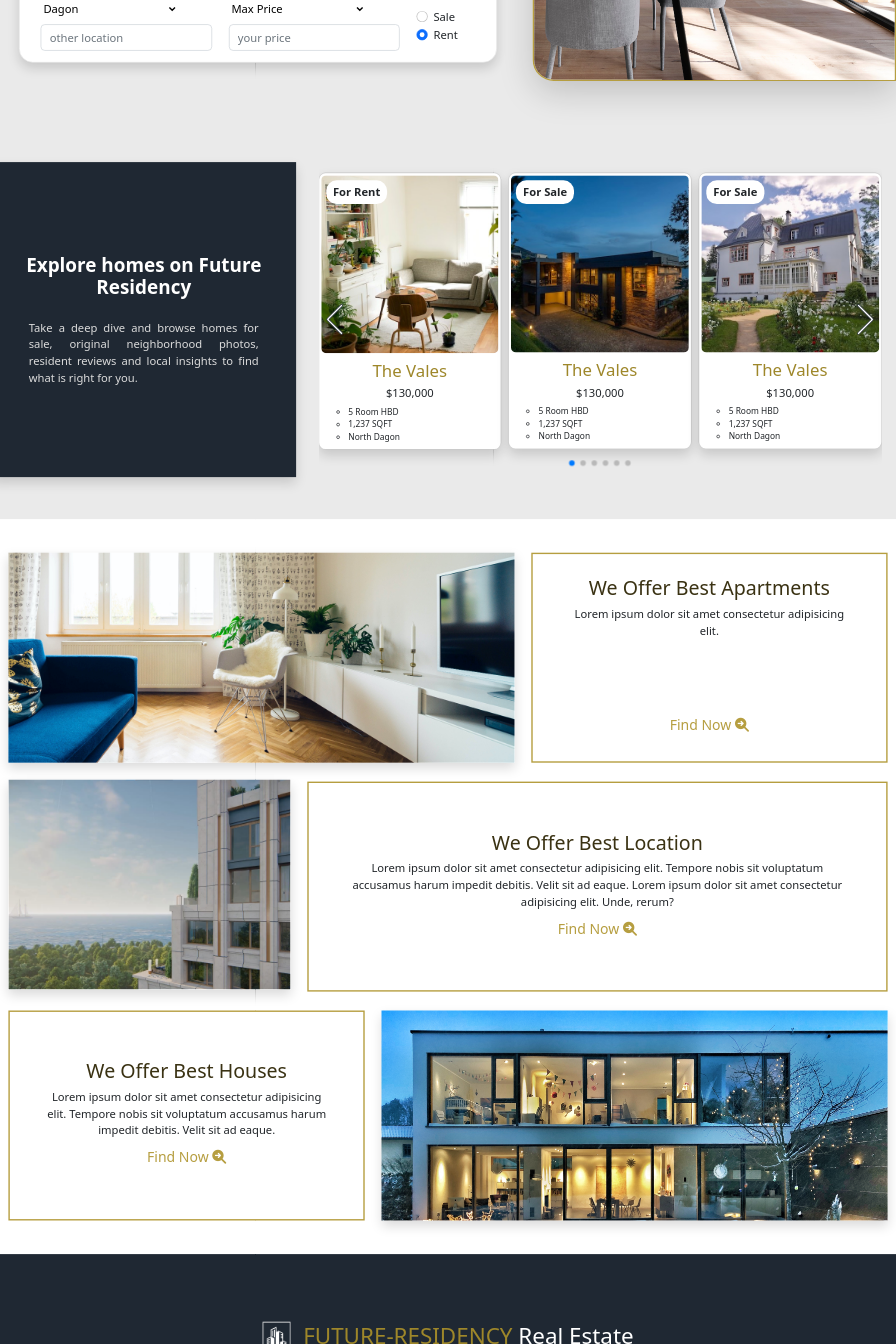
Repository: pyaestk/Future-residency
Page: index.html
These files come from the project's save history. The page is drawn as it stood at one moment and after the next save; the edit follows.
The browser window is 1280 px wide. The pictures show the part of the page from y = 531 to 2451 px (the page is 2765 px tall), at 70% of full size.
Pictures or frames that could not be fetched are drawn as grey boxes.

Above is the page before, as saved 2022-12-06 21:42:51.

### index.html
<!doctype html>
<html lang="en">

<head>
  <meta charset="utf-8">
  <meta name="viewport" content="width=device-width, initial-scale=1, minimum-scale=1, maximum-scale=1 ">
  <title>FUTURE-RESIDENCY</title>
  <!--bootstrap-->
  <link href="https://cdn.jsdelivr.net/npm/bootstrap@5.2.3/dist/css/bootstrap.min.css" rel="stylesheet"
    integrity="sha384-rbsA2VBKQhggwzxH7pPCaAqO46MgnOM80zW1RWuH61DGLwZJEdK2Kadq2F9CUG65" crossorigin="anonymous">

  <!--custom css-->
  <link rel="stylesheet" href="style.css" type="text/css">
  <link rel="stylesheet" href="styleMobileview.css" type="text/css">
  <link rel="stylesheet" href="styleTabletview.css" type="text/css">

  <!--font awesome-->
  <link rel="stylesheet" href="https://cdnjs.cloudflare.com/ajax/libs/font-awesome/6.2.1/css/all.min.css"
    integrity="sha512-MV7K8+y+gLIBoVD59lQIYicR65iaqukzvf/nwasF0nqhPay5w/9lJmVM2hMDcnK1OnMGCdVK+iQrJ7lzPJQd1w=="
    crossorigin="anonymous" referrerpolicy="no-referrer" />

  <!--swiper js-->
  <link rel="stylesheet" href="https://cdn.jsdelivr.net/npm/swiper@8/swiper-bundle.min.css" />

</head>

<body>

  <!-- background -->
  <div class="background"></div>
  <!--navigation-->
  <nav class="shadow">
    <div class="logo-area">
      <img src="img/FUTURE_ReSIDENCY-removebg-preview.png" alt="logo" class="logo">
      <span>FUTURE-RESIDENCY</span>
    </div>


    <!--desktop-->
    <div class="navlinks" id="nav-right">
      <div class="icon closeMenubar shadow" onclick="hideMenu()">
        <i class="fa-solid fa-xmark"></i>
      </div>
      <ul>
        <li><a href="#home">HOME</a></li>
        <li><a href="properties.html">PROPERTIES</a></li>
        <li><a href="aboutUs.html">ABOUT US</a></li>
        <li><a href="contactUs.html">CONTACT US</a></li>
        <a href="singIn.html" class="navibutton">JOIN</a></li>
      </ul>
    </div>
    <div class="icon openMenubar">
      <i class="fa-solid fa-bars" onclick="showMenu()"></i>
    </div>
  </nav>
  <!--end navigation-->


  <!--jumbotron-->
  <div class="jumbotron mb-5" id="home">
    <div class="row mt-3">

      <div class="col-md-7 content">
        <div class="row px-5 text-center">
          <div class="col-md-12 mt-4 px-1">
            <div class="subtext text-center">
              <h4>Future Residency Real Estate</h4>
            </div>
            <p>Discover A Place You'll Love To Live</p>
            <div class="subtext my-4 text-center">
              Save thousands. Use our innovative technology to walk you
              step-by-step through the home buying and selling process.
            </div>
            <hr>
          </div>
        </div>

        <div class="row justify-content-md-center formsession">
          <div class="col-md-12">
            <div class="mb-3 text-center"><span>Let's find a home that's perfect for you <i
                  class="fa-sharp fa-solid fa-caret-down"></i></span></div>
            <div class="searchSection shadow  py-3 ">
              <div class="row">
                <div class="container input-group form-area mb-3 searchgroup">
                  <input type="text" class="form-control searchbar" placeholder="Address, neighborhood, city, ZIP code">
                  <button><i class="fa-solid fa-magnifying-glass"></i></button>
                </div>
              </div>
              <div class="row">
                <div class="col-md-5 col">
                  <select name="" id="">
                    <option value="">Dagon</option>
                    <option value="">North Dagon</option>
                    <option value="">Yankin</option>
                    <option value="">San Chaung</option>
                  </select>
                  <input type="text" class="form-control" placeholder="other location">
                </div>
                <div class="col-md-5 col">
                  <select name="" id="">
                    <option value="">Max Price</option>
                    <option value="">Average</option>
                    <option value="">Min Price</option>
                  </select>
                  <input type="text" class="form-control" placeholder="your price">
                </div>
                <div class="col-md-2 pt-3 col-3">
                  <div class="form-check">
                    <input class="form-check-input" type="radio" name="flexRadioDefault" id="flexRadioDefault1">
                    <label class="form-check-label" for="flexRadioDefault1">
                      Sale
                    </label>
                  </div>
                  <div class="form-check">
                    <input class="form-check-input" type="radio" name="flexRadioDefault" id="flexRadioDefault2" checked>
                    <label class="form-check-label" for="flexRadioDefault2">
                      Rent
                    </label>
                  </div>
                </div>
              </div>
            </div>
          </div>
        </div>
      </div>

      <div class="col-md-5 text-center customCarousel my-2">
        <div id="carouselExampleCaptions" class="carousel slide w-100" data-bs-ride="true">
          <div class="carousel-inner carouselborder shadow-lg">
            <div class="carousel-item active">
              <img src="img/carousel1.jpg" class="img-fluid d-block w-100" alt="...">
            </div>
            <div class="carousel-item">
              <img src="img/carousel2.jpg" class="img-fluid d-block w-100" alt="...">
            </div>
            <div class="carousel-item">
              <img src="img/carousel3.jpg" class="img-fluid d-block w-100" alt="...">
            </div>
          </div>
          <button class="carousel-control-next" type="button" data-bs-target="#carouselExampleCaptions"
            data-bs-slide="next">
            <span class="carousel-control-next-icon" aria-hidden="true"></span>
            <span class="visually-hidden">Next</span>
          </button>
        </div>
      </div>
    </div>
  </div>
  <!--end jumbotron-->

  <div class="group1">
    <div class="row">

      <div class="col-md-4">
        <div class="row label2 shadow">
          <div class="col-md-12 text-center">

            <h3>Explore homes on Future Residency</h3>
            <p class="sublabel">
              Take a deep dive and browse homes for sale, original neighborhood photos, resident reviews and local
              insights to find what is right for you.
            </p>

          </div>
        </div>
      </div>

      <div class="col-md-8">

        <div class="row featuredcard">
          <div class="col-md-12">
            <!--index swiperJs-->
            <div class="swiper mySwiper">
              <div class="swiper-wrapper mb-4">
                <div class="swiper-slide">

                  <div class="card salecard shadow">
                    <div class="salecard-img">
                      <img src="img/apartment1.jpg" class="card-img-top" alt="...">
                      <div class="layer">
                        <h6> See More <i class="fa-sharp fa-solid fa-arrow-right-from-bracket"></i></h6>
                      </div>
                      <div class="layer2">
                        <span>For Rent</span>
                      </div>
                    </div>
                    <div class="salecard-body">
                      <div class="row">
                        <div class="col-md-12 text-center">
                          <h4>The Vales</h4>
                          <h6>$130,000</h6>
                        </div>
                        <div class="col-md-12">
                          <li>5 Room HBD</li>
                          <li>1,237 SQFT</li>
                          <li>North Dagon</li>
                        </div>
                      </div>
                    </div>
                  </div>

                </div>
                <div class="swiper-slide">

                  <div class="card salecard shadow">
                    <div class="salecard-img">
                      <img src="img/house3.jpg" class="card-img-top" alt="...">
                      <div class="layer">
                        <h6> See More <i class="fa-sharp fa-solid fa-arrow-right-from-bracket"></i></h6>
                      </div>
                      <div class="layer2">
                        <span>For Sale</span>
                      </div>
                    </div>
                    <div class="salecard-body">
                      <div class="row">
                        <div class="col-md-12 text-center">
                          <h4>The Vales</h4>
                          <h6>$130,000</h6>
                        </div>
                        <div class="col-md-12">
                          <li>5 Room HBD</li>
                          <li>1,237 SQFT</li>
                          <li>North Dagon</li>
                        </div>
                      </div>
                    </div>
                  </div>

                </div>
                <div class="swiper-slide">

                  <div class="card salecard shadow">
                    <div class="salecard-img">
                      <img src="img/house1.jpg" class="card-img-top" alt="...">
                      <div class="layer">
                        <h6> See More <i class="fa-sharp fa-solid fa-arrow-right-from-bracket"></i></h6>
                      </div>
                      <div class="layer2">
                        <span>For Sale</span>
                      </div>
                    </div>
                    <div class="salecard-body">
                      <div class="row">
                        <div class="col-md-12 text-center">
                          <h4>The Vales</h4>
                          <h6>$130,000</h6>
                        </div>
                        <div class="col-md-12">
                          <li>5 Room HBD</li>
                          <li>1,237 SQFT</li>
                          <li>North Dagon</li>
                        </div>
                      </div>
                    </div>
                  </div>

                </div>
                <div class="swiper-slide">

                  <div class="card salecard shadow">
                    <div class="salecard-img">
                      <img src="img/house5.jpg" class="card-img-top" alt="...">
                      <div class="layer">
                        <h6> See More <i class="fa-sharp fa-solid fa-arrow-right-from-bracket"></i></h6>
                      </div>
                      <div class="layer2">
                        <span>For Sale</span>
                      </div>
                    </div>
                    <div class="salecard-body">
                      <div class="row">
                        <div class="col-md-12 text-center">
                          <h4>The Vales</h4>
                          <h6>$130,000</h6>
                        </div>
                        <div class="col-md-12">
                          <li>5 Room HBD</li>
                          <li>1,237 SQFT</li>
                          <li>North Dagon</li>
                        </div>
                      </div>
                    </div>
                  </div>

                </div>
                <div class="swiper-slide">

                  <div class="card salecard shadow">
                    <div class="salecard-img">
                      <img src="img/house10.jpg" class="card-img-top" alt="...">
                      <div class="layer">
                        <h6> See More <i class="fa-sharp fa-solid fa-arrow-right-from-bracket"></i></h6>
                      </div>
                      <div class="layer2">
                        <span>For Sale</span>
                      </div>
                    </div>
                    <div class="salecard-body">
                      <div class="row">
                        <div class="col-md-12 text-center">
                          <h4>The Vales</h4>
                          <h6>$130,000</h6>
                        </div>
                        <div class="col-md-12">
                          <li>5 Room HBD</li>
                          <li>1,237 SQFT</li>
                          <li>North Dagon</li>
                        </div>
                      </div>
                    </div>
                  </div>

                </div>
                <div class="swiper-slide">

                  <div class="card salecard shadow">
                    <div class="salecard-img">
                      <img src="img/apartment5.jpg" class="card-img-top" alt="...">
                      <div class="layer">
                        <h6> See More <i class="fa-sharp fa-solid fa-arrow-right-from-bracket"></i></h6>
                      </div>
                      <div class="layer2">
                        <span>For Rent</span>
                      </div>
                    </div>
                    <div class="salecard-body">
                      <div class="row">
                        <div class="col-md-12 text-center">
                          <h4>The Vales</h4>
                          <h6>$130,000</h6>
                        </div>
                        <div class="col-md-12">
                          <li>5 Room HBD</li>
                          <li>1,237 SQFT</li>
                          <li>North Dagon</li>
                        </div>
                      </div>
                    </div>
                  </div>

                </div>

              </div>

              <div class="swiper-button-next" style="color: #ffffff;   -webkit-text-stroke-width: 1px;
              -webkit-text-stroke-color: #1F2833;"></div>

              <div class="swiper-button-prev text-light" style="color: #ffffff;   -webkit-text-stroke-width: 1px;
              -webkit-text-stroke-color: #1F2833;"></div>

              <div class="swiper-pagination"></div>
            </div>
          </div>
          <!--swiperJs end-->
        </div>
      </div>

    </div>
  </div>
  <!--group1 end-->




  <div class="container-fluid pt-5">
    <div class="row pic-container">
      <div class="col-md-7">
        <div class="pic1">
          <img class="shadow" src="img/jarek-ceborski-jn7uVeCdf6U-unsplash.jpg" alt="">
        </div>
      </div>
      <div class=" col-md-5 d-flex flex-column justify-content-center">
        <div class="pic1-caption d-flex flex-column justify-content-center px-5 align-items-center">
          <h3>We Offer Best Apartments</h3>
          <span style="--delay: 0s;">Lorem ipsum dolor sit amet consectetur adipisicing elit.</span>
          <span>Lorem ipsum dolor sit amet consectetur adipisicing elit.</span>
          <span>Lorem ipsum dolor sit amet consectetur adipisicing elit.</span>
          <h6>Find Now <i class="fa-solid fa-magnifying-glass-arrow-right"></i></h6>
        </div>
      </div>
    </div>
  </div>
  <div class="container-fluid pt-2">
    <div class="row mt-3">
      <div class="col-md-4 vid">
        <video class="shadow" src="img/1624370561481-FbR_sea_fin_2905 - converted with Clipchamp.mp4" muted poster="img/Screenshot 2022-12-05 124058.jpg" onmouseover="this.play()" onmouseout="this.pause()"></video>
      </div>
      <div class=" col-md-8 d-flex flex-column justify-content-center">
        <div class="vid-caption px-5 d-flex flex-column justify-content-center align-items-center">
          <h3>We Offer Best Location</h3>
          <span>Lorem ipsum dolor sit amet consectetur adipisicing elit.
            Tempore nobis sit voluptatum accusamus harum impedit debitis.
            Velit sit ad eaque.
            Lorem ipsum dolor sit amet consectetur adipisicing elit. Unde, rerum?
          </span>
          <h6>Find Now <i class="fa-solid fa-magnifying-glass-arrow-right"></i></h6>
        </div>
      </div>

    </div>
  </div>

  <div class="container-fluid pt-2 mb-5">
    <div class="row mt-3 pic2-container">

      <div class=" col-md-5 d-flex flex-column justify-content-center">
        <div class="pic2-caption px-5 d-flex flex-column justify-content-center align-items-center">
          <h3>We Offer Best Houses</h3>
          <span>Lorem ipsum dolor sit amet consectetur adipisicing elit.
            Tempore nobis sit voluptatum accusamus harum impedit debitis.
            Velit sit ad eaque.
          </span>
          <h6>Find Now <i class="fa-solid fa-magnifying-glass-arrow-right"></i></h6>
        </div>
      </div>
      <div class="col-md-7 pic2">
        <img class="shadow" src="img/stephan-bechert-yFV39g6AZ5o-unsplash.jpg" alt="">
      </div>

    </div>
  </div>









  <!--footer-->
  <div class="footer pt-5">
    <div class="container text-center text-white">
      <div class="row">
        <div class="col-md-12 my-5">
          <h2><img src="img/FUTURE_ReSIDENCY-removebg-preview-modified.png" alt="logo" class="logo pb-2"><span>
              FUTURE-RESIDENCY </span> Real Estate</h2>
        </div>
      </div>
      <div class="row pb-5 gap-5 justify-content-md-center">
        <div class="col col-md-2">
          <h5>Our company</h5>
          <div>About Us</div>
          <div>Privacy Policy</div>
          <div>Terms of Service</div>
        </div>
        <div class="col-md-auto">
          <h5>Advertise with us</h5>
          <div>List a Property</div>
          <div>Business Solutions</div>
        </div>
        <div class="col col-md-2">
          <h5>Let Us Help</h5>
          <div>Avoid Scams</div>
          <div>Contact Us</div>
          <div>Site Map</div>
        </div>
      </div>
      <hr>
      <div class="row text-center pb-2">
        <div class="col-md-12">
          <span class="copyright">© 2022 Rent Group Inc. All rights reserved. All photos, videos, text and other content
            are the property of Future-Residency Group Inc. APARTMENT GUIDE and the APARTMENT GUIDE Trade Dress
            are registered trademarks of Future-Residency Inc. or its affiliates.</span>
        </div>
      </div>
    </div>
  </div>



  <!--swiper js-->
  <script src="https://cdn.jsdelivr.net/npm/swiper@8/swiper-bundle.min.js"></script>

  <!--javascript-->
  <script src="app.js"></script>

  <!--bootstrap-->
  <script src="https://cdn.jsdelivr.net/npm/bootstrap@5.2.3/dist/js/bootstrap.bundle.min.js"
    integrity="sha384-kenU1KFdBIe4zVF0s0G1M5b4hcpxyD9F7jL+jjXkk+Q2h455rYXK/7HAuoJl+0I4"
    crossorigin="anonymous"></script>
</body>

</html>

### styleMobileview.css

/* mobile view */

@media only screen and (max-width: 767px) {

  /* navigation */
  .icon{
    display: block;
    cursor: pointer;
  }
  nav{
    z-index: 1000;
  }
  .navlinks{
    position: absolute;
    background-color: rgb(216, 216, 216);
    height: 100vh;
    width: 100vw;
    top: 0;
    right: -100vw;
    text-align: left;
    z-index: 10;
    transition: .7s;
  }
  .navlinks ul li a{
    color: black;
  }
  .navlinks ul li{
    display: block;
    margin: 50px 0;
    border-radius: 20px;
  }
  .navlinks ul{
    padding-left: 0;
    text-align: center;
  }
  .navibutton{
    margin-left: 0;
    color: black;
    border: 2px solid black;
  }
  .navlinks .closeMenubar{
    background-color: white;
    display: block;
    padding: 15px 20px;
    text-align: end;
  }
  /* navigation end */

  /* jumbotron */
  .jumbotron p{
    font-size: 55px;
  }
  .subtext h4, .subtext{
    font-size: 13px;
  }
  .indexBackground{
    background: linear-gradient(90deg, #EAEAEA 65%, #EAEAEA -30%);
  }
  .searchSection{
    margin: 10px 10px;
  }
  .customCarousel{
    margin-left: 10px;
  }
  .carousel-control-next{
    padding-right: 30px;
  }
  /* jumbotron end */

  /* first group */
  .group1{
    padding-top: 10px;
    padding-bottom: 10px;
  }
  .label2{
    margin-left: 10px;
    border-radius: 10px;
    margin: 0 10px;
    padding: 40px 15px 40px 15px;
  }
  .label2 h3{
    font-size: 20px;
  }
  .sublabel{
    font-size: 13px;
    padding-top: 10px;
  }
  .salecard li{
    padding-left: 20px;
  }
  .featuredcard{
    padding: 0 10px;
  }
  /* second group */
  .group2 .col-md-8{
    order: 2;
  }
  .label{
    margin: 0 10px;
    padding: 30px 0;
    border-radius: 5px 20px 20px 5px;
  }
  .label h3{
    font-size: 20px;
    padding: 20px 10px;
  }


  .salecard h6{
    font-size: 12px;
    padding-bottom: 0;
  }
  .salecard li{
    font-size: 10px;
    list-style-type: circle;
  }
  .layer h5{
    font-size: 12px;
  }

  .layer2{
    font-size: 10px;
    padding: 3px 3px;
  }
  .pic2-container .col-md-5{
    order: 2;
  }

  /* properties */
  .searchSection{
    font-size: 13px;
  }
  .searchSection input::placeholder{
    font-size: 13px;
  }

  /* aboutUs */
  .ourhistory .label2{
    color: white;
    background-color: #1F2833;
    margin-left: 10px;
    border-radius: 5px 20px 20px 5px;
    margin: 10px 10px;
    padding: 10px;
  }
  .ourhistory .history{
    border-radius: 20px 5px 5px 20px;
    margin: 30px 10px 0px 10px;
  }
  .history{
    text-align: justify;
  }
  .locationsession{
    text-align: center;
    margin: 10px;
  }

  /* contact us */
  .contactsession .cards{
    width: 320px;
  }
  .contactsession .card-body{
    padding: 25px 5px;
  }
  .contactsession h3{
    font-size: 15px;
  }
  .card-text{
    font-size: 14px;
  }
  .contactCard{
    height: 300px;
  }
  .contactCard h4{
    font-size: 18px;
  }
  .contactCard h6{
    font-size: 14px;
  }
  .contactCard p{
    font-size: 12px;
  }


  /* sign in page */
  .login-form{
    min-height: 60vh;
  }
  .login-video{
    margin-top: 25px;
  }
  .loginlayer{
    width: 270px;
  }
  .loginlayer h3{
    font-size: 20px;
  }
  .loginlayer h6{
    font-size: 13px;
  }

  /* saleitem page */
  .itemDetail{
    margin-top: 25px;
    margin-bottom: 30px;
  }

  /* footer */
  .footer h2{
    font-size: 19px;
  }
  .footer h5{
    font-size: 17px;
  }
  .footer{
    font-size: 12px;
  }
  .footer .copyright{
    font-size: 12px;
  }

}

Loaded but not shown: app.js (83 lines, source omitted); style.css (671 lines, source omitted); styleTabletview.css (234 lines, source omitted)

After the next save:
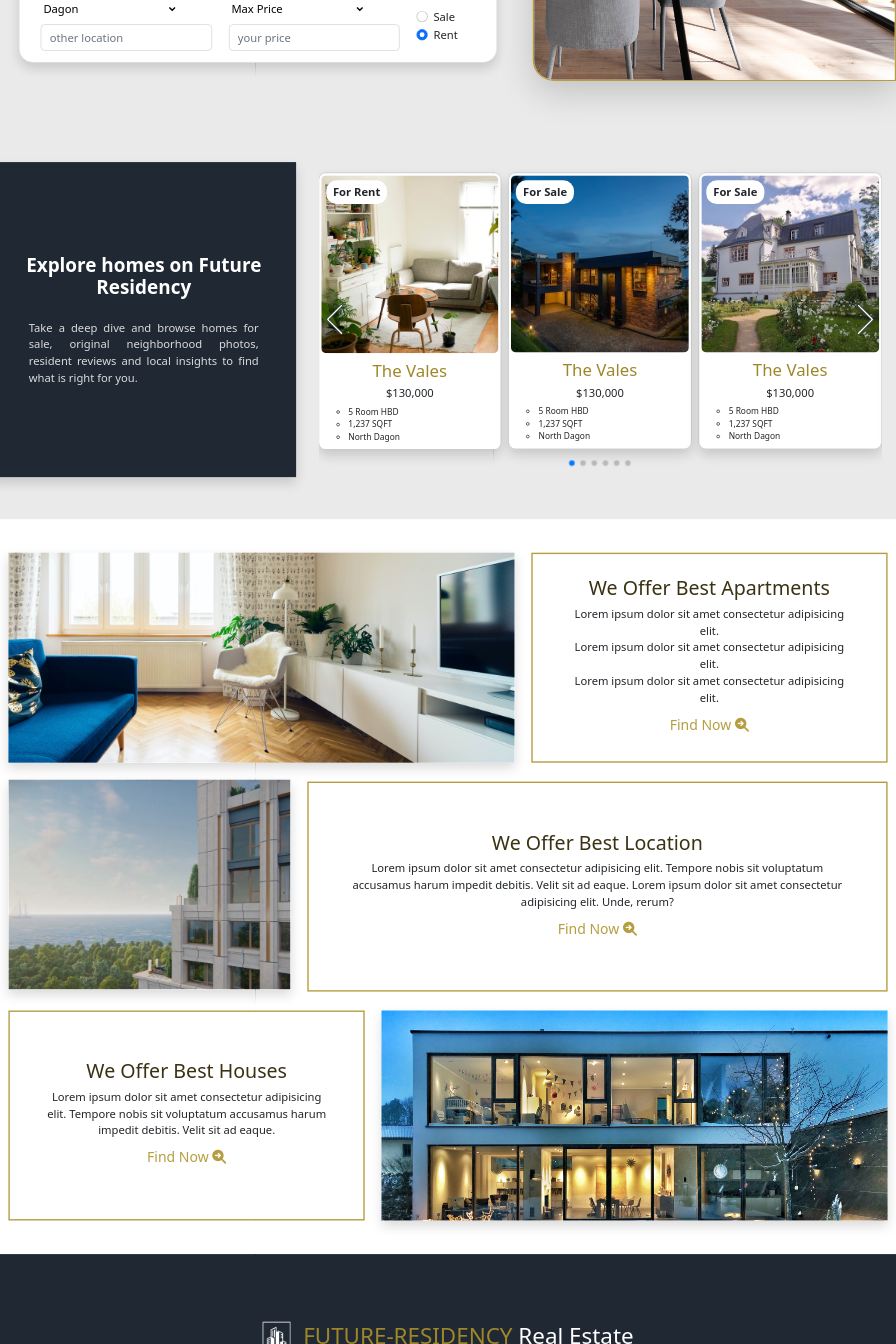
Saved 11 s later.
--- a/index.html
+++ b/index.html
@@ -374,8 +374,8 @@
         <div class="pic1-caption d-flex flex-column justify-content-center px-5 align-items-center">
           <h3>We Offer Best Apartments</h3>
           <span style="--delay: 0s;">Lorem ipsum dolor sit amet consectetur adipisicing elit.</span>
-          <span>Lorem ipsum dolor sit amet consectetur adipisicing elit.</span>
-          <span>Lorem ipsum dolor sit amet consectetur adipisicing elit.</span>
+          <span style="--delay: 0s;">Lorem ipsum dolor sit amet consectetur adipisicing elit.</span>
+          <span style="--delay: 0s;">Lorem ipsum dolor sit amet consectetur adipisicing elit.</span>
           <h6>Find Now <i class="fa-solid fa-magnifying-glass-arrow-right"></i></h6>
         </div>
       </div>
